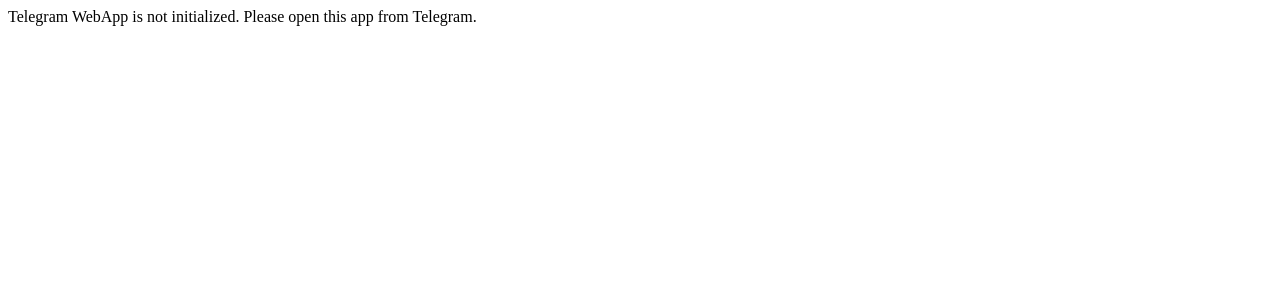
Repository: voyagebagage/voting-app
Page: /login
The author's editor kept a copy of each file at every save. The page is drawn from the files as they stood at one save, then again after the next save.
The browser window is 1280 px wide. The pictures show the whole page.
The project was rebuilt for these pictures with package versions that can differ from the ones it lists, and the page was loaded fresh each time. The framework's server and built-in components were replaced by stand-ins that run in the browser. Also part of the build but not shown: next.config.mjs.

Above is the page before, as saved 2024-08-31 17:19:15.

### src/app/layout.tsx
// src/app/layout.tsx

"use client";

import Script from "next/script";
import { useEffect } from "react";

export default function RootLayout({
  children,
}: {
  children: React.ReactNode;
}) {
  useEffect(() => {
    if (window.Telegram?.WebApp) {
      window.Telegram.WebApp.ready();
    }
  }, []);

  return (
    <html lang="en">
      <head>
        <Script
          src="https://telegram.org/js/telegram-webapp.js"
          strategy="afterInteractive"
          onLoad={() => {
            if (window.Telegram?.WebApp) {
              window.Telegram.WebApp.ready();
            }
          }}
        />
      </head>
      <body>{children}</body>
    </html>
  );
}

### src/app/login/page.tsx
"use client";

import { useEffect, useState } from "react";
import { useRouter } from "next/navigation";

interface LoginProps {
  onLogin: (user: TelegramUser) => void;
}

declare global {
  interface Window {
    Telegram?: {
      WebApp?: {
        initDataUnsafe: {
          user?: {
            id: number;
            first_name: string;
            last_name?: string;
            username?: string;
            language_code?: string;
          };
          auth_date: number;
          hash: string;
          query_id?: string;
        };
        ready: () => void;
      };
    };
  }
}

export default function Login({ onLogin }: LoginProps) {
  const router = useRouter();
  const [isLoading, setIsLoading] = useState(true);
  const [error, setError] = useState<string | null>(null);

  useEffect(() => {
    if (window.Telegram?.WebApp) {
      const webApp = window.Telegram.WebApp;
      webApp.ready();

      const initData = webApp.initData;
      const initDataUnsafe = webApp.initDataUnsafe;

      console.log("Init Data:", initData);
      console.log("Init Data Unsafe:", initDataUnsafe);

      if (initDataUnsafe.user) {
        const authData = {
          ...initDataUnsafe.user,
          auth_date: initDataUnsafe.auth_date,
          hash: initData
            .split("&")
            .find((param: string) => param.startsWith("hash="))
            ?.split("=")[1],
        };

        console.log("Auth Data being sent:", authData);

        fetch("/api/auth/telegram", {
          method: "POST",
          headers: {
            "Content-Type": "application/json",
          },
          body: JSON.stringify(authData),
        })
          .then((response) =>
            // if (!response.ok) {
            //   return response.text().then((text) => {
            //     throw new Error(
            //       `HTTP error! status: ${response.status}, body: ${text}`
            //     );
            //   });
            // }
            response.json()
          )
          .then((data) => {
            if (data.token) {
              localStorage.setItem("token", data.token);
              console.log("Token received:", data.token, "User:", authData);
              onLogin(authData);
              router.push("/");
            } else {
              throw new Error("No token received");
            }
          })
          .catch((error) => {
            console.error("Authentication error:", error);
            setError("Failed to authenticate. Please try again.");
          })
          .finally(() => {
            setIsLoading(false);
          });
      } else {
        console.error("User data is not available.");
        setError(
          "User data is not available. Please open this app from Telegram."
        );
        setIsLoading(false);
      }
    } else {
      console.error("Telegram WebApp is not initialized.");
      setError(
        "Telegram WebApp is not initialized. Please open this app from Telegram."
      );
      setIsLoading(false);
    }
  }, [onLogin, router]);

  if (isLoading) {
    return <div className="spinner">Loading...</div>;
  }

  if (error) {
    return <div className="error text-red-500">{error}</div>;
  }

  return (
    <div className="flex flex-col items-center justify-center min-h-screen py-2">
      <h1 className="text-4xl mb-4">Login with Telegram</h1>
      <p>Please wait while we authenticate you...</p>
    </div>
  );
}

After the next save:
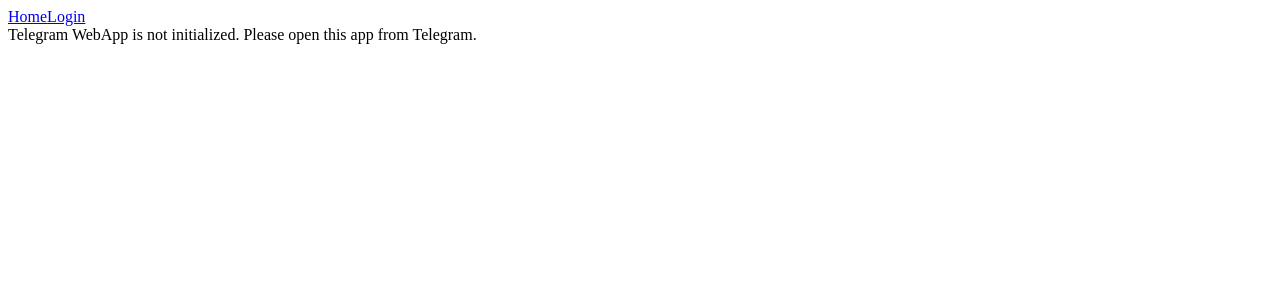
Saved 8 s later.
--- a/src/app/layout.tsx
+++ b/src/app/layout.tsx
@@ -1,35 +1,27 @@
-// src/app/layout.tsx
+import { Suspense, ReactNode } from "react";
+import Script from "next/script";
+import Link from "next/link";
 
-"use client";
+interface RootLayoutProps {
+  children: ReactNode;
+}
 
-import Script from "next/script";
-import { useEffect } from "react";
-
-export default function RootLayout({
-  children,
-}: {
-  children: React.ReactNode;
-}) {
-  useEffect(() => {
-    if (window.Telegram?.WebApp) {
-      window.Telegram.WebApp.ready();
-    }
-  }, []);
-
+export default function RootLayout({ children }: RootLayoutProps) {
   return (
     <html lang="en">
       <head>
         <Script
-          src="https://telegram.org/js/telegram-webapp.js"
-          strategy="afterInteractive"
-          onLoad={() => {
-            if (window.Telegram?.WebApp) {
-              window.Telegram.WebApp.ready();
-            }
-          }}
+          src="https://telegram.org/js/telegram-web-app.js"
+          strategy="beforeInteractive"
         />
       </head>
-      <body>{children}</body>
+      <body>
+        <nav>
+          <Link href="/">Home</Link>
+          <Link href="/login">Login</Link>
+        </nav>
+        <Suspense fallback={<div>Loading...</div>}>{children}</Suspense>
+      </body>
     </html>
   );
 }
